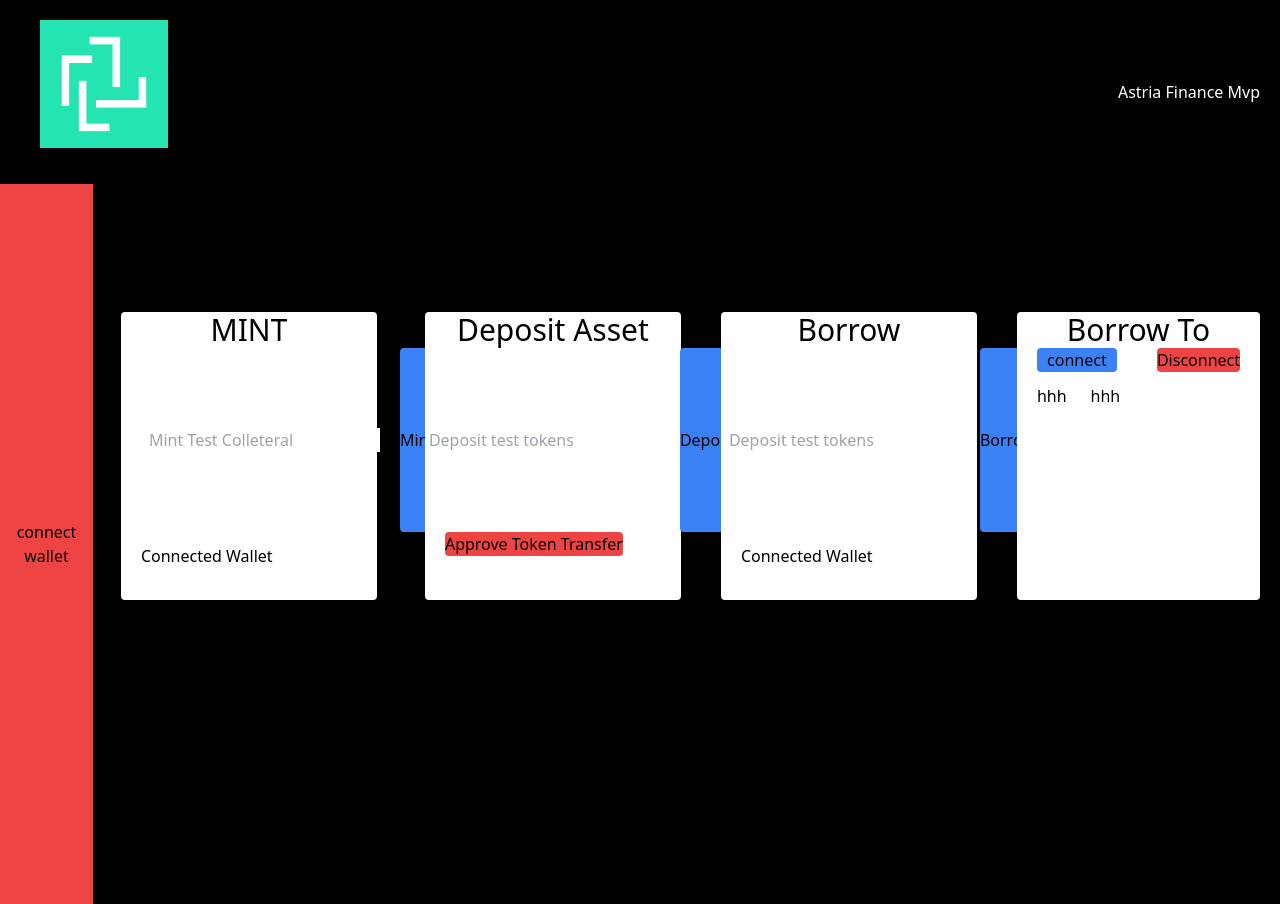
Repository: AstriaFinance/AstriaMvp
Page: /
These files come from the project's save history. The page is drawn as it stood at one moment and after the next save; the edit follows.
The browser window is 1280 px wide. The pictures show the whole page.
The project was rebuilt for these pictures with package versions that can differ from the ones it lists, and the page was loaded fresh each time. Also part of the build but not shown: src/components/About.jsx, src/components/Shop.jsx, src/components/ErrorPage.jsx.

Above is the page before, as saved 2022-06-23 10:22:32.

### src/App.js
import {Nav, Home} from "./components"

function App() {
  return (

    <div>

      <Nav/>
      <Home/>
      </div>

  );
}

export default App;

### src/components/index.js
export{default as About} from "./About"
export{default as Nav} from "./Nav"
export{default as Shop} from "./Shop"
export {default as ErrorPage} from "./ErrorPage"
export{default as Home} from "./Home"

### src/components/Nav.jsx
import React from 'react'
import logo from "../static/astria2.jpg"
const Nav = () => {
  return (

        <nav className='bg-black flex justify-between '>
        <img src={logo} alt="" className='h-32 mt-5 mx-10' />
        <div className='text-white my-20 mx-5'>Astria Finance Mvp</div>





    </nav>



  )
}

export default Nav

### src/components/Home.jsx
import React, { useEffect, useState } from 'react'
import astriaPorta_abi from "../contracts/astriaPorta_abi.json"
import testEth_abi from "../contracts/testEth_abi"
import xap_abi from "../contracts/xap_abi.json"
import { ethers } from 'ethers'
import { shortenAddress } from './ShortenAddress'

const Home = () => {
    const contractAddress="0x1b3781eA482113695622EF6C31Fb38c4e02C95A0"
    const testEthContractAddress="0x8c5696f345827C2d5A7a2e48F815A428eCC87437"
    const xapContractAddress="0x5272c7F5eA6E5F9bb88f20B9f47Bd0f29e5921EC"
    const[conButtonText, setConButtonText]=useState("connect wallet")
    const [errorMessage, setErrorMessage]=useState(null)
    const[defaultAccount, setDefaultAccount]= useState(null)
    const[provider, setProvider]=useState(null)
    const [signer, setSigner]=useState(null)
    const [contract, setContract]=useState(null)
    const [transferHash, setTransferHah]=useState(null)
    const [depositHash, setDepositHash]=useState(null)
    const [testEthContract, setTestEthContract]=useState(null)
    const [borrowHash, setBorrowHash]=useState(null)

    const connectWalletHandler =()=>{
      if (window.ethereum ){
        window.ethereum.request({method:"eth_requestAccounts"})
        .then(result=>{
          accountChangedHandler(result[0])
          setConButtonText ("Wallet connected")
        })
        .catch(error=>{
          setErrorMessage(error.message)
        })
      }else{
        console.log("Install Metamask")
        setErrorMessage("Please install metamask")
      }
    }

    const accountChangedHandler=(newAddress)=>{
      setDefaultAccount(newAddress)
      updateEthers()
    }

    const updateEthers=()=>{
      let tempProvider= new ethers.providers.Web3Provider(window.ethereum)
      let tempSigner=tempProvider.getSigner()
      let tempContract= new ethers.Contract(contractAddress, astriaPorta_abi, tempSigner)
      let testEthContract=new ethers.Contract(testEthContractAddress, testEth_abi, tempSigner)
      let xapContract= new ethers.Contract(xapContractAddress, xap_abi, tempSigner)
      setProvider(tempProvider)
      setSigner(tempSigner)
      setContract(tempContract)
      setTestEthContract(testEthContract)

    }

    const mintHandler=async (e)=>{
      e.preventDefault()
      let mintAmount=e.target.mintAmount.value

      let txn=await contract.Mint(mintAmount)
      setTransferHah(txn)

    }




    const depositHandler=async (e)=>{
      e.preventDefault()
      let depositAmount=e.target.depositAmount.value

      let depositTxn=await contract.deposit(depositAmount)
      setDepositHash(depositTxn)
    }

    const borrowHandler= async(e)=>{
      e.preventDefault()
      let borrowAmount= e.target.borrowAmount.value
      let borrowtxn=await contract.borrow(borrowAmount)
      setBorrowHash(borrowtxn)
    }

    const approveTestEth=async(e)=>{
      e.preventDefault()
      await testEthContract.approve(contractAddress, ("9007199254740990"))
    }

    useEffect(()=>{
      if(contract!=null){

      }
    },[])
  return (
    <div>
    <p>{errorMessage}</p>
<div className="bg-black flex overflow-x-auto h-screen ">
<button className='bg-red-500' onClick={connectWalletHandler}>{conButtonText}</button>
<form onSubmit={mintHandler}>
 <div className="bg-white h-72 w-64 rounded my-32 mx-7">

  <div className="container flex justify-center text-3xl">MINT</div>
  <div className="flex justify-between">

    <input id="mintAmount" type="number" placeholder='Mint Test Colleteral' className='my-20 ml-7 hover:bg-red-500' />
    <button className="bg-blue-500 rounded mx-5 w-20  ">Mint</button>
  </div>
   <ul className="mx-5 my-3 flex gap-6">
     <li>Connected Wallet</li>

     <li></li>
   </ul>
 </div>
 </form>


 <div className="bg-white h-72 w-64 rounded mx-5 my-32">
 <form onSubmit={depositHandler}>
  <div class="container flex justify-center text-3xl">Deposit Asset</div>
  <div className="flex justify-between">

    <input id="depositAmount" type="text" placeholder='Deposit test tokens' className='my-20 ml-1 hover:bg-red-500' />
    <button className="bg-blue-500 rounded mx-5 w-20  ">Deposit</button>
  </div>
 </form>
 <form onSubmit={approveTestEth}>
  <button className="bg-red-500 rounded mx-5 w-50 ">Approve Token Transfer</button></form>
 </div>


 <form onSubmit={borrowHandler}>
 <div className="bg-white h-72 w-64 rounded mx-5 my-32">

  <div className="container flex justify-center text-3xl">Borrow</div>
  <div className="flex justify-between">

  <input id="borrowAmount" type="text" placeholder='Deposit test tokens' className='my-20 ml-2 rounded hover:bg-red-500' />
    <button className="bg-blue-500 rounded mx-5 w-20  ">Borrow</button>
  </div>
   <ul className="mx-5 my-3 flex gap-6">
     <li>Connected Wallet</li>
     <li></li>
   </ul>
 </div>
 </form>
 <div className="bg-white h-72 w-64 rounded mx-5 my-32">

  <div className="container flex justify-center text-3xl">Borrow To</div>
  <div className="flex justify-between">
    <form onSubmit={approveTestEth}>

  <button className="bg-blue-500 rounded mx-5 w-20 ">connect</button></form>
   <button className="bg-red-500 rounded mx-5">Disconnect</button>
  </div>
   <ul className="mx-5 my-3 flex gap-6">
     <li>hhh</li>
     <li>hhh</li>
   </ul>
 </div>


 </div>
 </div>
  )
}

export default Home

### src/contracts/astriaPorta_abi.json
[
	{
		"inputs": [
			{
				"internalType": "contract IXAP",
				"name": "_XAP",
				"type": "address"
			}
		],
		"stateMutability": "nonpayable",
		"type": "constructor"
	},
	{
		"anonymous": false,
		"inputs": [
			{
				"indexed": true,
				"internalType": "address",
				"name": "masterContract",
				"type": "address"
			},
			{
				"indexed": false,
				"internalType": "bytes",
				"name": "data",
				"type": "bytes"
			},
			{
				"indexed": true,
				"internalType": "address",
				"name": "cloneAddress",
				"type": "address"
			}
		],
		"name": "LogDeploy",
		"type": "event"
	},
	{
		"anonymous": false,
		"inputs": [
			{
				"indexed": false,
				"internalType": "address",
				"name": "to",
				"type": "address"
			},
			{
				"indexed": false,
				"internalType": "uint256",
				"name": "amount",
				"type": "uint256"
			}
		],
		"name": "Minted",
		"type": "event"
	},
	{
		"anonymous": false,
		"inputs": [
			{
				"indexed": false,
				"internalType": "address",
				"name": "from",
				"type": "address"
			},
			{
				"indexed": false,
				"internalType": "uint256",
				"name": "amount",
				"type": "uint256"
			}
		],
		"name": "borrowed",
		"type": "event"
	},
	{
		"anonymous": false,
		"inputs": [
			{
				"indexed": false,
				"internalType": "address",
				"name": "from",
				"type": "address"
			},
			{
				"indexed": false,
				"internalType": "uint256",
				"name": "amount",
				"type": "uint256"
			}
		],
		"name": "deposited",
		"type": "event"
	},
	{
		"inputs": [],
		"name": "BORROW_OPENING_FEE",
		"outputs": [
			{
				"internalType": "uint256",
				"name": "",
				"type": "uint256"
			}
		],
		"stateMutability": "view",
		"type": "function"
	},
	{
		"inputs": [],
		"name": "COLLATERIZATION_RATE",
		"outputs": [
			{
				"internalType": "uint256",
				"name": "",
				"type": "uint256"
			}
		],
		"stateMutability": "view",
		"type": "function"
	},
	{
		"inputs": [],
		"name": "LIQUIDATION_MULTIPLIER",
		"outputs": [
			{
				"internalType": "uint256",
				"name": "",
				"type": "uint256"
			}
		],
		"stateMutability": "view",
		"type": "function"
	},
	{
		"inputs": [
			{
				"internalType": "uint256",
				"name": "_amount",
				"type": "uint256"
			}
		],
		"name": "Mint",
		"outputs": [],
		"stateMutability": "nonpayable",
		"type": "function"
	},
	{
		"inputs": [],
		"name": "XAP",
		"outputs": [
			{
				"internalType": "contract IXAP",
				"name": "",
				"type": "address"
			}
		],
		"stateMutability": "view",
		"type": "function"
	},
	{
		"inputs": [
			{
				"internalType": "address",
				"name": "_spender",
				"type": "address"
			},
			{
				"internalType": "uint256",
				"name": "_amount",
				"type": "uint256"
			}
		],
		"name": "approve",
		"outputs": [],
		"stateMutability": "nonpayable",
		"type": "function"
	},
	{
		"inputs": [
			{
				"internalType": "uint256",
				"name": "amount",
				"type": "uint256"
			}
		],
		"name": "borrow",
		"outputs": [],
		"stateMutability": "nonpayable",
		"type": "function"
	},
	{
		"inputs": [
			{
				"internalType": "uint16",
				"name": "_dstChainId",
				"type": "uint16"
			},
			{
				"internalType": "bytes",
				"name": "_to",
				"type": "bytes"
			},
			{
				"internalType": "uint256",
				"name": "amount",
				"type": "uint256"
			},
			{
				"internalType": "address",
				"name": "_zroPaymentAddress",
				"type": "address"
			},
			{
				"internalType": "bytes",
				"name": "_adapterParam",
				"type": "bytes"
			}
		],
		"name": "borrowTo",
		"outputs": [],
		"stateMutability": "nonpayable",
		"type": "function"
	},
	{
		"inputs": [],
		"name": "collateral",
		"outputs": [
			{
				"internalType": "contract ITestETH",
				"name": "",
				"type": "address"
			}
		],
		"stateMutability": "view",
		"type": "function"
	},
	{
		"inputs": [
			{
				"internalType": "address",
				"name": "masterContract",
				"type": "address"
			},
			{
				"internalType": "bytes",
				"name": "data",
				"type": "bytes"
			},
			{
				"internalType": "bool",
				"name": "useCreate2",
				"type": "bool"
			}
		],
		"name": "deploy",
		"outputs": [
			{
				"internalType": "address",
				"name": "cloneAddress",
				"type": "address"
			}
		],
		"stateMutability": "payable",
		"type": "function"
	},
	{
		"inputs": [
			{
				"internalType": "uint256",
				"name": "amount",
				"type": "uint256"
			}
		],
		"name": "deposit",
		"outputs": [],
		"stateMutability": "payable",
		"type": "function"
	},
	{
		"inputs": [
			{
				"internalType": "address",
				"name": "",
				"type": "address"
			}
		],
		"name": "depositsToAmount",
		"outputs": [
			{
				"internalType": "uint256",
				"name": "",
				"type": "uint256"
			}
		],
		"stateMutability": "view",
		"type": "function"
	},
	{
		"inputs": [],
		"name": "feeTo",
		"outputs": [
			{
				"internalType": "address",
				"name": "",
				"type": "address"
			}
		],
		"stateMutability": "view",
		"type": "function"
	},
	{
		"inputs": [
			{
				"internalType": "bytes",
				"name": "data",
				"type": "bytes"
			}
		],
		"name": "init",
		"outputs": [],
		"stateMutability": "payable",
		"type": "function"
	},
	{
		"inputs": [
			{
				"internalType": "address",
				"name": "",
				"type": "address"
			}
		],
		"name": "masterContractOf",
		"outputs": [
			{
				"internalType": "address",
				"name": "",
				"type": "address"
			}
		],
		"stateMutability": "view",
		"type": "function"
	},
	{
		"inputs": [],
		"name": "oracle",
		"outputs": [
			{
				"internalType": "contract IOracle",
				"name": "",
				"type": "address"
			}
		],
		"stateMutability": "view",
		"type": "function"
	},
	{
		"inputs": [],
		"name": "oracleData",
		"outputs": [
			{
				"internalType": "bytes",
				"name": "",
				"type": "bytes"
			}
		],
		"stateMutability": "view",
		"type": "function"
	},
	{
		"inputs": [
			{
				"internalType": "contract ITestETH",
				"name": "_collateral",
				"type": "address"
			}
		],
		"name": "setTestColleteral",
		"outputs": [],
		"stateMutability": "nonpayable",
		"type": "function"
	},
	{
		"inputs": [],
		"name": "testColleteral",
		"outputs": [
			{
				"internalType": "contract ITestETH",
				"name": "",
				"type": "address"
			}
		],
		"stateMutability": "view",
		"type": "function"
	},
	{
		"inputs": [],
		"name": "totalDeposits",
		"outputs": [
			{
				"internalType": "uint256",
				"name": "",
				"type": "uint256"
			}
		],
		"stateMutability": "view",
		"type": "function"
	}
]

### src/contracts/testEth_abi.json
[
	{
		"inputs": [],
		"stateMutability": "nonpayable",
		"type": "constructor"
	},
	{
		"anonymous": false,
		"inputs": [
			{
				"indexed": true,
				"internalType": "address",
				"name": "owner",
				"type": "address"
			},
			{
				"indexed": true,
				"internalType": "address",
				"name": "spender",
				"type": "address"
			},
			{
				"indexed": false,
				"internalType": "uint256",
				"name": "value",
				"type": "uint256"
			}
		],
		"name": "Approval",
		"type": "event"
	},
	{
		"anonymous": false,
		"inputs": [
			{
				"indexed": true,
				"internalType": "address",
				"name": "previousOwner",
				"type": "address"
			},
			{
				"indexed": true,
				"internalType": "address",
				"name": "newOwner",
				"type": "address"
			}
		],
		"name": "OwnershipTransferred",
		"type": "event"
	},
	{
		"anonymous": false,
		"inputs": [
			{
				"indexed": true,
				"internalType": "address",
				"name": "from",
				"type": "address"
			},
			{
				"indexed": true,
				"internalType": "address",
				"name": "to",
				"type": "address"
			},
			{
				"indexed": false,
				"internalType": "uint256",
				"name": "value",
				"type": "uint256"
			}
		],
		"name": "Transfer",
		"type": "event"
	},
	{
		"inputs": [
			{
				"internalType": "address",
				"name": "owner",
				"type": "address"
			},
			{
				"internalType": "address",
				"name": "spender",
				"type": "address"
			}
		],
		"name": "allowance",
		"outputs": [
			{
				"internalType": "uint256",
				"name": "",
				"type": "uint256"
			}
		],
		"stateMutability": "view",
		"type": "function"
	},
	{
		"inputs": [
			{
				"internalType": "address",
				"name": "spender",
				"type": "address"
			},
			{
				"internalType": "uint256",
				"name": "amount",
				"type": "uint256"
			}
		],
		"name": "approve",
		"outputs": [
			{
				"internalType": "bool",
				"name": "",
				"type": "bool"
			}
		],
		"stateMutability": "nonpayable",
		"type": "function"
	},
	{
		"inputs": [
			{
				"internalType": "address",
				"name": "account",
				"type": "address"
			}
		],
		"name": "balanceOf",
		"outputs": [
			{
				"internalType": "uint256",
				"name": "",
				"type": "uint256"
			}
		],
		"stateMutability": "view",
		"type": "function"
	},
	{
		"inputs": [
			{
				"internalType": "uint256",
				"name": "amount",
				"type": "uint256"
			}
		],
		"name": "burn",
		"outputs": [],
		"stateMutability": "nonpayable",
		"type": "function"
	},
	{
		"inputs": [
			{
				"internalType": "address",
				"name": "account",
				"type": "address"
			},
			{
				"internalType": "uint256",
				"name": "amount",
				"type": "uint256"
			}
		],
		"name": "burnFrom",
		"outputs": [],
		"stateMutability": "nonpayable",
		"type": "function"
	},
	{
		"inputs": [],
		"name": "decimals",
		"outputs": [
			{
				"internalType": "uint8",
				"name": "",
				"type": "uint8"
			}
		],
		"stateMutability": "view",
		"type": "function"
	},
	{
		"inputs": [
			{
				"internalType": "address",
				"name": "spender",
				"type": "address"
			},
			{
				"internalType": "uint256",
				"name": "subtractedValue",
				"type": "uint256"
			}
		],
		"name": "decreaseAllowance",
		"outputs": [
			{
				"internalType": "bool",
				"name": "",
				"type": "bool"
			}
		],
		"stateMutability": "nonpayable",
		"type": "function"
	},
	{
		"inputs": [
			{
				"internalType": "address",
				"name": "spender",
				"type": "address"
			},
			{
				"internalType": "uint256",
				"name": "addedValue",
				"type": "uint256"
			}
		],
		"name": "increaseAllowance",
		"outputs": [
			{
				"internalType": "bool",
				"name": "",
				"type": "bool"
			}
		],
		"stateMutability": "nonpayable",
		"type": "function"
	},
	{
		"inputs": [
			{
				"internalType": "address",
				"name": "to",
				"type": "address"
			},
			{
				"internalType": "uint256",
				"name": "amount",
				"type": "uint256"
			}
		],
		"name": "mint",
		"outputs": [],
		"stateMutability": "nonpayable",
		"type": "function"
	},
	{
		"inputs": [],
		"name": "name",
		"outputs": [
			{
				"internalType": "string",
				"name": "",
				"type": "string"
			}
		],
		"stateMutability": "view",
		"type": "function"
	},
	{
		"inputs": [],
		"name": "owner",
		"outputs": [
			{
				"internalType": "address",
				"name": "",
				"type": "address"
			}
		],
		"stateMutability": "view",
		"type": "function"
	},
	{
		"inputs": [],
		"name": "renounceOwnership",
		"outputs": [],
		"stateMutability": "nonpayable",
		"type": "function"
	},
	{
		"inputs": [],
		"name": "symbol",
		"outputs": [
			{
				"internalType": "string",
				"name": "",
				"type": "string"
			}
		],
		"stateMutability": "view",
		"type": "function"
	},
	{
		"inputs": [],
		"name": "totalSupply",
		"outputs": [
			{
				"internalType": "uint256",
				"name": "",
				"type": "uint256"
			}
		],
		"stateMutability": "view",
		"type": "function"
	},
	{
		"inputs": [
			{
				"internalType": "address",
				"name": "to",
				"type": "address"
			},
			{
				"internalType": "uint256",
				"name": "amount",
				"type": "uint256"
			}
		],
		"name": "transfer",
		"outputs": [
			{
				"internalType": "bool",
				"name": "",
				"type": "bool"
			}
		],
		"stateMutability": "nonpayable",
		"type": "function"
	},
	{
		"inputs": [
			{
				"internalType": "address",
				"name": "from",
				"type": "address"
			},
			{
				"internalType": "address",
				"name": "to",
				"type": "address"
			},
			{
				"internalType": "uint256",
				"name": "amount",
				"type": "uint256"
			}
		],
		"name": "transferFrom",
		"outputs": [
			{
				"internalType": "bool",
				"name": "",
				"type": "bool"
			}
		],
		"stateMutability": "nonpayable",
		"type": "function"
	},
	{
		"inputs": [
			{
				"internalType": "address",
				"name": "newOwner",
				"type": "address"
			}
		],
		"name": "transferOwnership",
		"outputs": [],
		"stateMutability": "nonpayable",
		"type": "function"
	}
]

Loaded but not shown: public/index.html (common file); src/index.js (common file); src/index.css (common file); src/reportWebVitals.js (common file); src/components/ShortenAddress.js (common file); tailwind.config.js (common file); src/contracts/xap_abi.json (735 lines, source omitted)

After the next save:
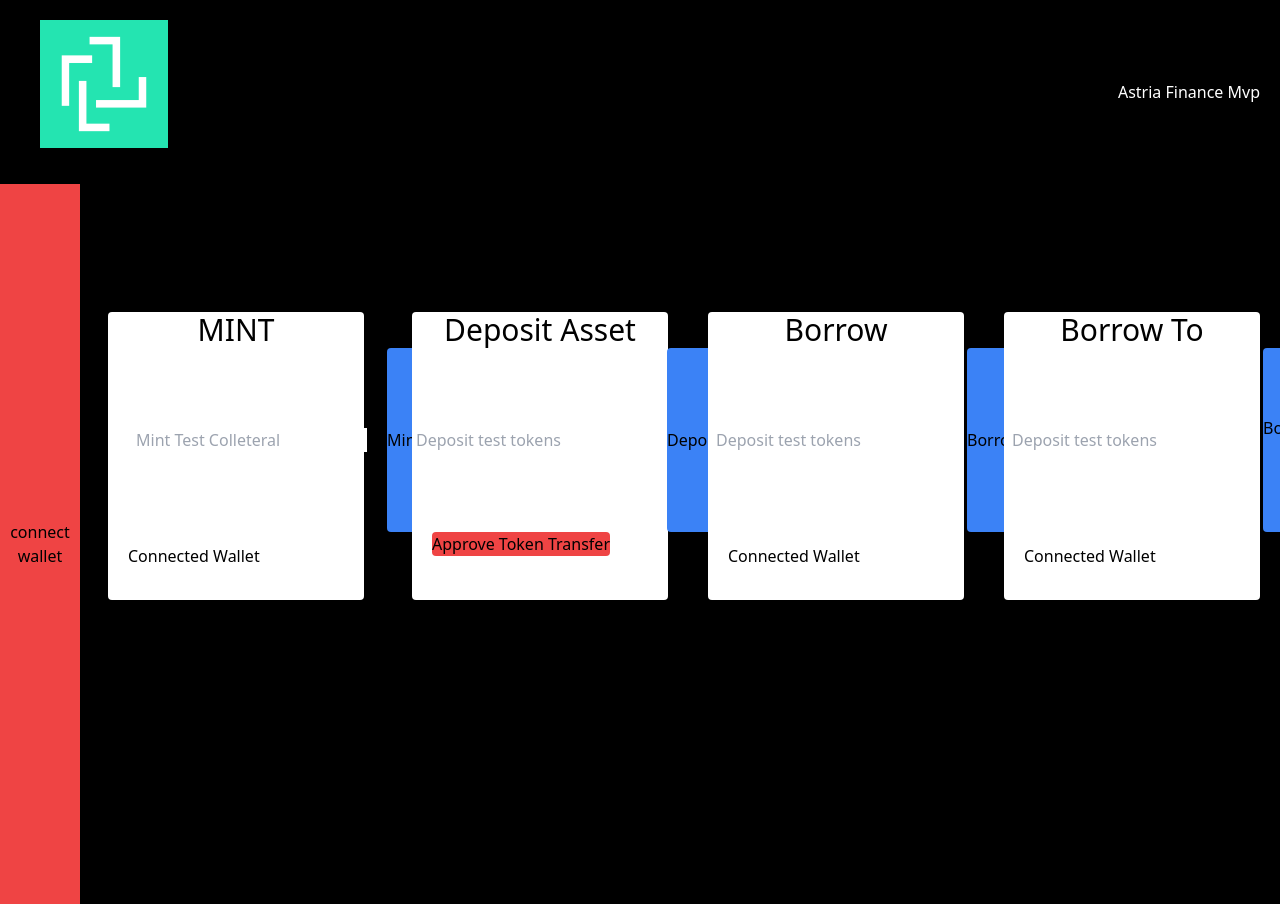
Saved 13 min 29 s later.
--- a/src/components/Home.jsx
+++ b/src/components/Home.jsx
@@ -81,6 +81,11 @@ const Home = () => {
       setBorrowHash(borrowtxn)
     }
 
+    const sendTokenHandler=async (e)=>{
+      e.preventDefault()
+      let dstChainId=e.target.dstChainId.value
+    }
+
     const approveTestEth=async(e)=>{
       e.preventDefault()
       await testEthContract.approve(contractAddress, ("9007199254740990"))
@@ -143,24 +148,26 @@ const Home = () => {
    </ul>
  </div>
  </form>
+ <form onSubmit={sendTokenHandler}>
  <div className="bg-white h-72 w-64 rounded mx-5 my-32">
 
   <div className="container flex justify-center text-3xl">Borrow To</div>
   <div className="flex justify-between">
-    <form onSubmit={approveTestEth}>
-
-  <button className="bg-blue-500 rounded mx-5 w-20 ">connect</button></form>
-   <button className="bg-red-500 rounded mx-5">Disconnect</button>
+  <input id="borrowAmount" type="text" placeholder='Deposit test tokens' className='my-20 ml-2 rounded hover:bg-red-500' />
+    <button className="bg-blue-500 rounded mx-5 w-20  ">Borrow To</button>
   </div>
    <ul className="mx-5 my-3 flex gap-6">
-     <li>hhh</li>
-     <li>hhh</li>
+     <li>Connected Wallet</li>
+     <li></li>
    </ul>
- </div>
 
 
  </div>
+ </form>
  </div>
+
+ </div>
+
   )
 }
 
